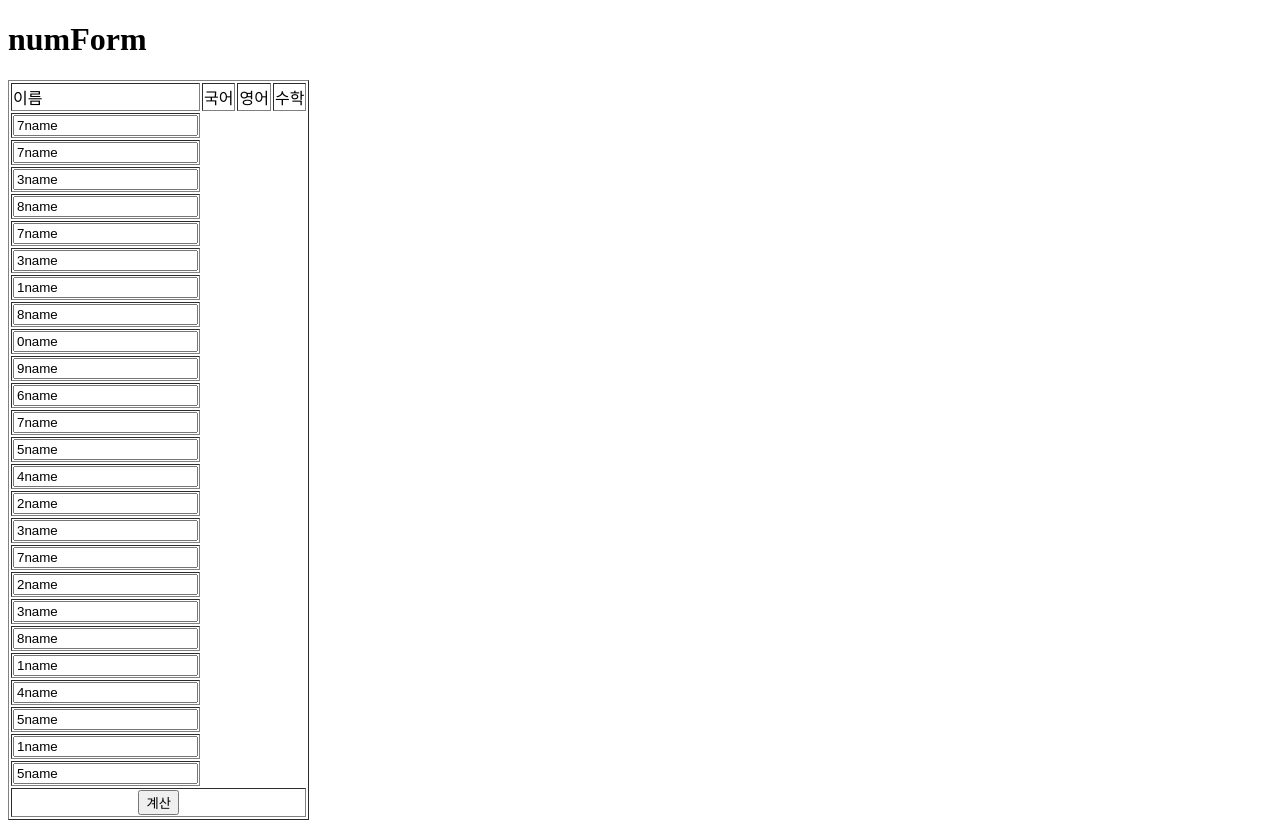
Repository: Jhoon0211/java_work
Page: http://localhost/jspProj/request/numForm2.jsp
These files come from the project's save history. The page is drawn as it stood at one moment and after the next save; the edit follows.
The browser window is 1280 px wide. The pictures show the whole page.
The page is served by Tomcat 9.

Above is the page before, as saved 2023-07-27 09:24:48.

After the next save:
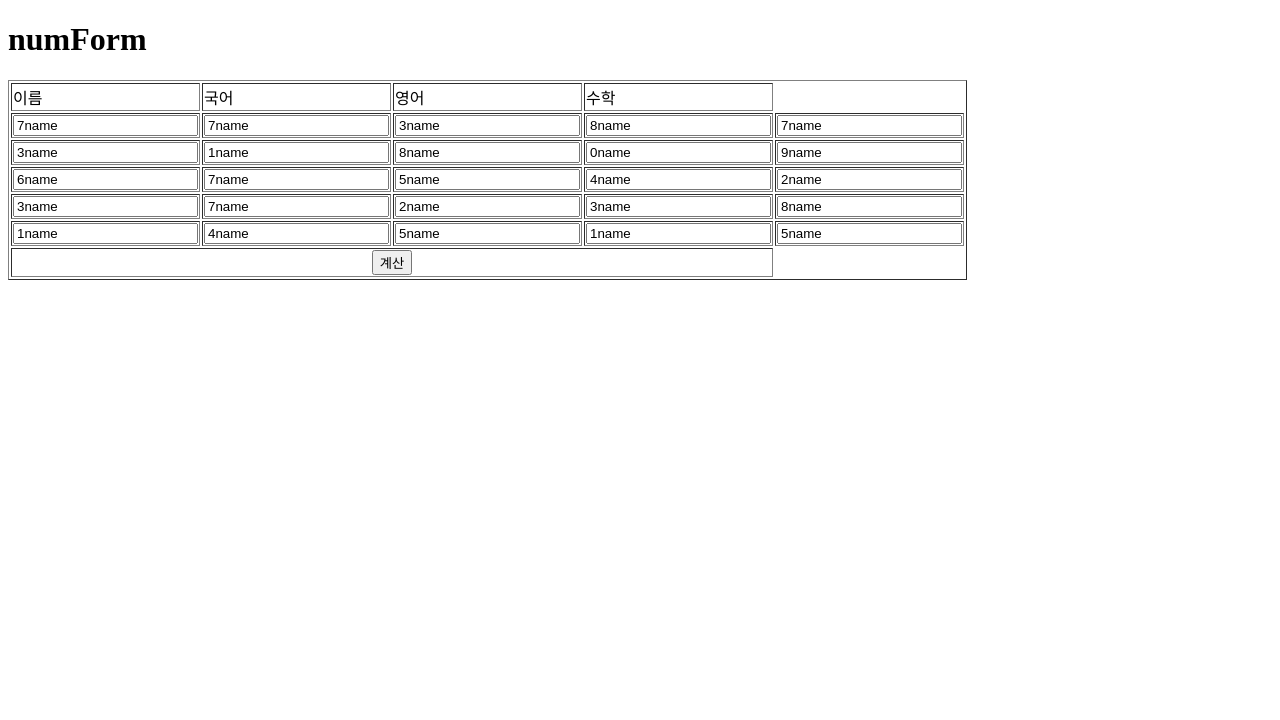
Saved 35 s later.
--- a/jspProj/src/main/webapp/request/numForm2.jsp
+++ b/jspProj/src/main/webapp/request/numForm2.jsp
@@ -46,19 +46,12 @@
 			<% for(int i = 0; i<5; i++){ %>
 			<tr>
 				<td><input type="text" name="student" value="<%=(int)(Math.random()*10) + "name" %>"/></td>
-			</tr>
-			<tr>
 
 				<td><input type="text" name="student" value="<%=(int)(Math.random()*10) + "name" %>"/></td>
-			</tr>
-			<tr>
-				<td><input type="text" name="student" value="<%=(int)(Math.random()*10) + "name" %>"/></td>
-			</tr>
-			<tr>
 
 				<td><input type="text" name="student" value="<%=(int)(Math.random()*10) + "name" %>"/></td>
-			</tr>
-			<tr>
+
+				<td><input type="text" name="student" value="<%=(int)(Math.random()*10) + "name" %>"/></td>
 
 				<td><input type="text" name="student" value="<%=(int)(Math.random()*10) + "name" %>"/></td>
 			</tr>
